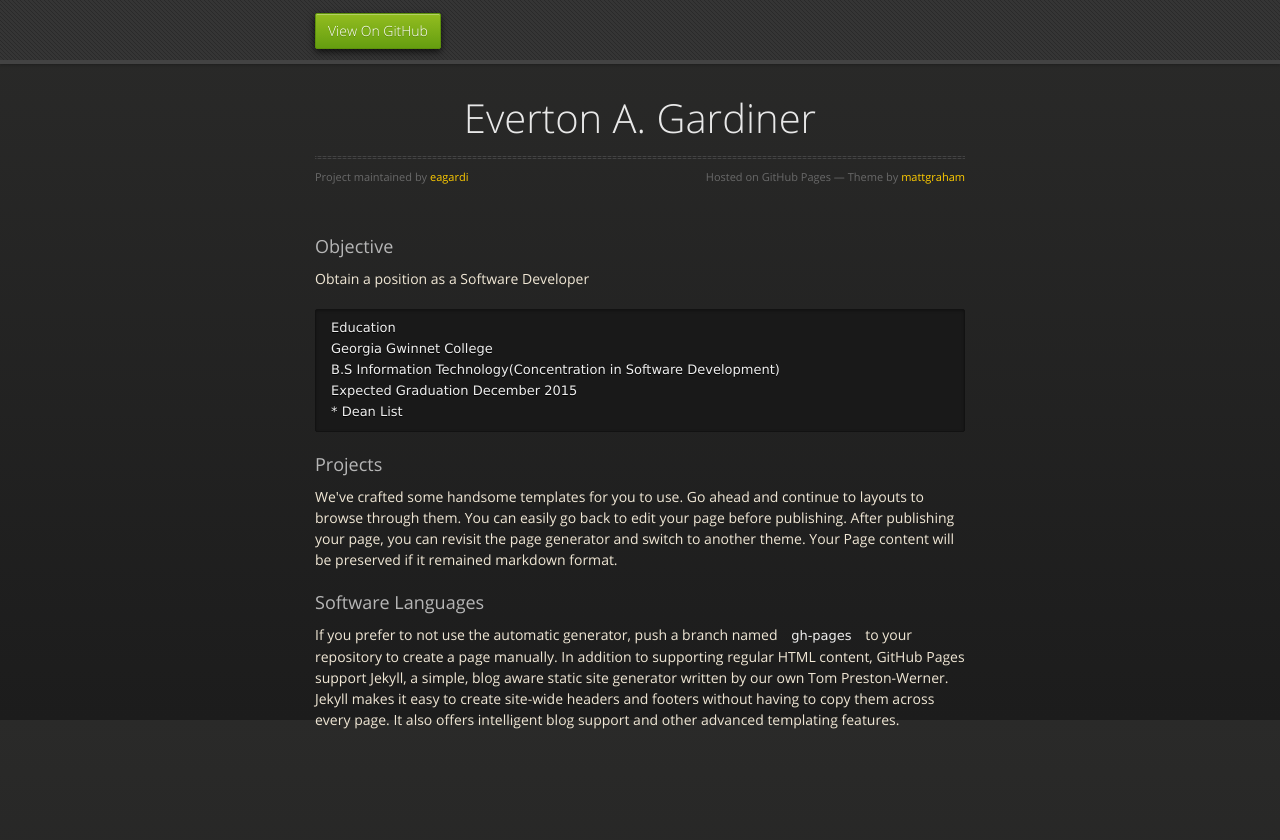
Repository: eagardi/eagardi.github.io
Page: index.html
The author's editor kept a record of every edit. The page is drawn from the files as they stood at one moment, then again after the next edit.
The browser window is 1280 px wide. The pictures show the whole page.
Backgrounds fixed to the window are drawn as part of the page. Some web libraries are served in a nearby version.

Above is the page before.

### index.html
<!doctype html>
<html>
  <head>
    <meta charset="utf-8">
    <meta http-equiv="X-UA-Compatible" content="chrome=1">
    <title>Everton A. Gardiner</title>
    <link rel="stylesheet" href="stylesheets/styles.css">
    <link rel="stylesheet" href="stylesheets/pygment_trac.css">
    <script src="https://ajax.googleapis.com/ajax/libs/jquery/1.7.1/jquery.min.js"></script>
    <script src="javascripts/respond.js"></script>
    <!--[if lt IE 9]>
      <script src="//html5shiv.googlecode.com/svn/trunk/html5.js"></script>
    <![endif]-->
    <!--[if lt IE 8]>
    <link rel="stylesheet" href="stylesheets/ie.css">
    <![endif]-->
    <meta name="viewport" content="width=device-width, initial-scale=1, user-scalable=no">

  </head>
  <body>
      <div id="header">
        <nav>
          <li class="fork"><a href="https://github.com/eagardi">View On GitHub</a></li>
        </nav>
      </div><!-- end header -->

    <div class="wrapper">

      <section>
        <div id="title">
          <h1>Everton A. Gardiner</h1>
          <p></p>
          <hr>
          <span class="credits left">Project maintained by <a href="https://github.com/eagardi">eagardi</a></span>
          <span class="credits right">Hosted on GitHub Pages &mdash; Theme by <a href="https://twitter.com/michigangraham">mattgraham</a></span>
        </div>

        <h3>
<a id="welcome-to-github-pages" class="anchor" href="#welcome-to-github-pages" aria-hidden="true"><span class="octicon octicon-link"></span></a>Objective</h3>

<p>Obtain a position as a Software Developer</p>

<pre><code>Education
Georgia Gwinnet College
B.S Information Technology(Concentration in Software Development)
Expected Graduation December 2015
* Dean List
</code></pre>


<h3>
<a id="designer-templates" class="anchor" href="#designer-templates" aria-hidden="true"><span class="octicon octicon-link"></span></a>Projects</h3>

<p>We've crafted some handsome templates for you to use. Go ahead and continue to layouts to browse through them. You can easily go back to edit your page before publishing. After publishing your page, you can revisit the page generator and switch to another theme. Your Page content will be preserved if it remained markdown format.</p>

<h3>
<a id="rather-drive-stick" class="anchor" href="#rather-drive-stick" aria-hidden="true"><span class="octicon octicon-link"></span></a>Software Languages</h3>

<p>If you prefer to not use the automatic generator, push a branch named <code>gh-pages</code> to your repository to create a page manually. In addition to supporting regular HTML content, GitHub Pages support Jekyll, a simple, blog aware static site generator written by our own Tom Preston-Werner. Jekyll makes it easy to create site-wide headers and footers without having to copy them across every page. It also offers intelligent blog support and other advanced templating features.</p>


      </section>

    </div>


  </body>
</html>

### stylesheets/pygment_trac.css
.highlight .hll { background-color: #404040 }
.highlight  { color: #d0d0d0 }
.highlight .c { color: #999999; font-style: italic } /* Comment */
.highlight .err { color: #a61717; background-color: #e3d2d2 } /* Error */
.highlight .g { color: #d0d0d0 } /* Generic */
.highlight .k { color: #6ab825; font-weight: normal } /* Keyword */
.highlight .l { color: #d0d0d0 } /* Literal */
.highlight .n { color: #d0d0d0 } /* Name */
.highlight .o { color: #d0d0d0 } /* Operator */
.highlight .x { color: #d0d0d0 } /* Other */
.highlight .p { color: #d0d0d0 } /* Punctuation */
.highlight .cm { color: #999999; font-style: italic } /* Comment.Multiline */
.highlight .cp { color: #cd2828; font-weight: normal } /* Comment.Preproc */
.highlight .c1 { color: #999999; font-style: italic } /* Comment.Single */
.highlight .cs { color: #e50808; font-weight: normal; background-color: #520000 } /* Comment.Special */
.highlight .gd { color: #d22323 } /* Generic.Deleted */
.highlight .ge { color: #d0d0d0; font-style: italic } /* Generic.Emph */
.highlight .gr { color: #d22323 } /* Generic.Error */
.highlight .gh { color: #ffffff; font-weight: normal } /* Generic.Heading */
.highlight .gi { color: #589819 } /* Generic.Inserted */
.highlight .go { color: #cccccc } /* Generic.Output */
.highlight .gp { color: #aaaaaa } /* Generic.Prompt */
.highlight .gs { color: #d0d0d0; font-weight: normal } /* Generic.Strong */
.highlight .gu { color: #ffffff; text-decoration: underline } /* Generic.Subheading */
.highlight .gt { color: #d22323 } /* Generic.Traceback */
.highlight .kc { color: #6ab825; font-weight: normal } /* Keyword.Constant */
.highlight .kd { color: #6ab825; font-weight: normal } /* Keyword.Declaration */
.highlight .kn { color: #6ab825; font-weight: normal } /* Keyword.Namespace */
.highlight .kp { color: #6ab825 } /* Keyword.Pseudo */
.highlight .kr { color: #6ab825; font-weight: normal } /* Keyword.Reserved */
.highlight .kt { color: #6ab825; font-weight: normal } /* Keyword.Type */
.highlight .ld { color: #d0d0d0 } /* Literal.Date */
.highlight .m { color: #3677a9 } /* Literal.Number */
.highlight .s { color: #9dd5f1 } /* Literal.String */
.highlight .na { color: #bbbbbb } /* Name.Attribute */
.highlight .nb { color: #24909d } /* Name.Builtin */
.highlight .nc { color: #447fcf; text-decoration: underline } /* Name.Class */
.highlight .no { color: #40ffff } /* Name.Constant */
.highlight .nd { color: #ffa500 } /* Name.Decorator */
.highlight .ni { color: #d0d0d0 } /* Name.Entity */
.highlight .ne { color: #bbbbbb } /* Name.Exception */
.highlight .nf { color: #447fcf } /* Name.Function */
.highlight .nl { color: #d0d0d0 } /* Name.Label */
.highlight .nn { color: #447fcf; text-decoration: underline } /* Name.Namespace */
.highlight .nx { color: #d0d0d0 } /* Name.Other */
.highlight .py { color: #d0d0d0 } /* Name.Property */
.highlight .nt { color: #6ab825;} /* Name.Tag */
.highlight .nv { color: #40ffff } /* Name.Variable */
.highlight .ow { color: #6ab825; font-weight: normal } /* Operator.Word */
.highlight .w { color: #666666 } /* Text.Whitespace */
.highlight .mf { color: #3677a9 } /* Literal.Number.Float */
.highlight .mh { color: #3677a9 } /* Literal.Number.Hex */
.highlight .mi { color: #3677a9 } /* Literal.Number.Integer */
.highlight .mo { color: #3677a9 } /* Literal.Number.Oct */
.highlight .sb { color: #9dd5f1 } /* Literal.String.Backtick */
.highlight .sc { color: #9dd5f1 } /* Literal.String.Char */
.highlight .sd { color: #9dd5f1 } /* Literal.String.Doc */
.highlight .s2 { color: #9dd5f1 } /* Literal.String.Double */
.highlight .se { color: #9dd5f1 } /* Literal.String.Escape */
.highlight .sh { color: #9dd5f1 } /* Literal.String.Heredoc */
.highlight .si { color: #9dd5f1 } /* Literal.String.Interpol */
.highlight .sx { color: #ffa500 } /* Literal.String.Other */
.highlight .sr { color: #9dd5f1 } /* Literal.String.Regex */
.highlight .s1 { color: #9dd5f1 } /* Literal.String.Single */
.highlight .ss { color: #9dd5f1 } /* Literal.String.Symbol */
.highlight .bp { color: #24909d } /* Name.Builtin.Pseudo */
.highlight .vc { color: #40ffff } /* Name.Variable.Class */
.highlight .vg { color: #40ffff } /* Name.Variable.Global */
.highlight .vi { color: #40ffff } /* Name.Variable.Instance */
.highlight .il { color: #3677a9 } /* Literal.Number.Integer.Long */

Loaded but not shown: javascripts/respond.js (778 lines, source omitted); stylesheets/styles.css (851 lines, source omitted)

After the next edit:
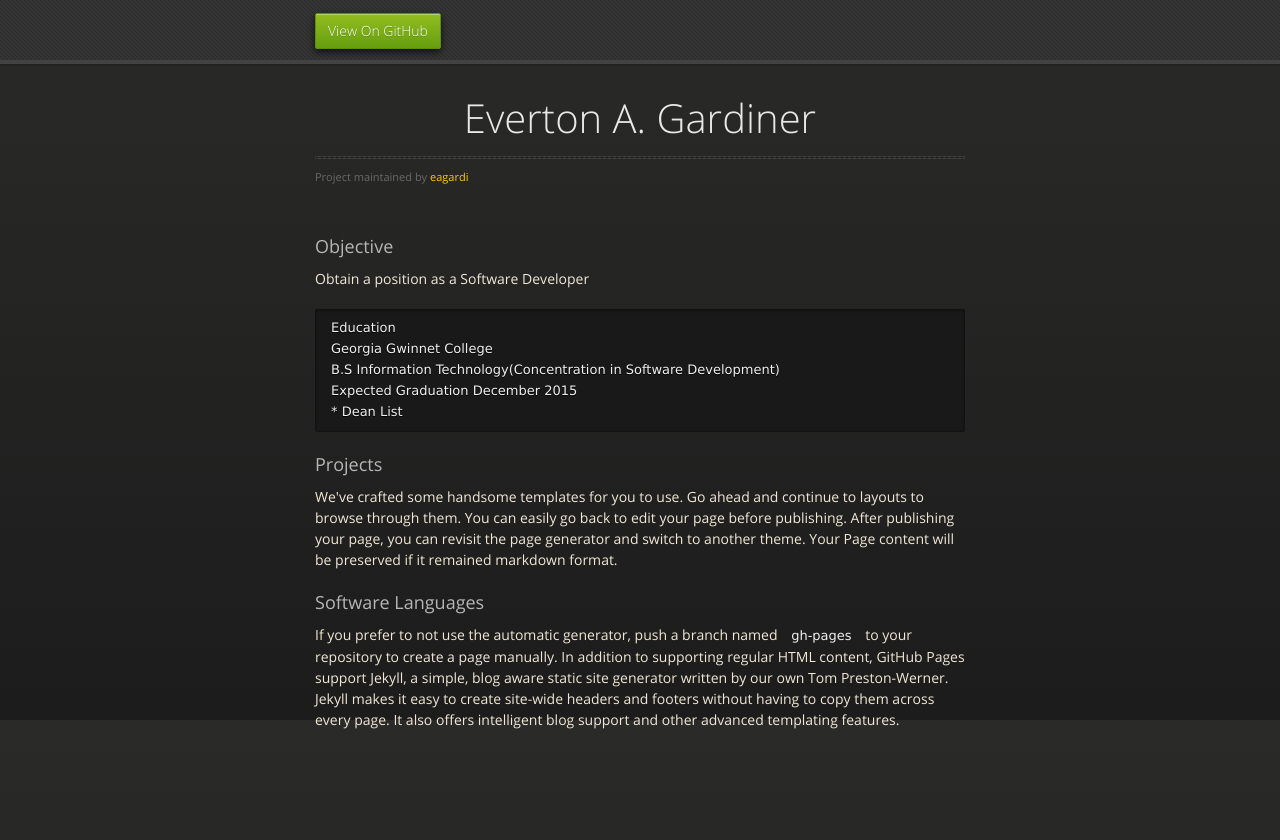
The edit:
--- a/index.html
+++ b/index.html
@@ -32,7 +32,7 @@
           <p></p>
           <hr>
           <span class="credits left">Project maintained by <a href="https://github.com/eagardi">eagardi</a></span>
-          <span class="credits right">Hosted on GitHub Pages &mdash; Theme by <a href="https://twitter.com/michigangraham">mattgraham</a></span>
+
         </div>
 
         <h3>
